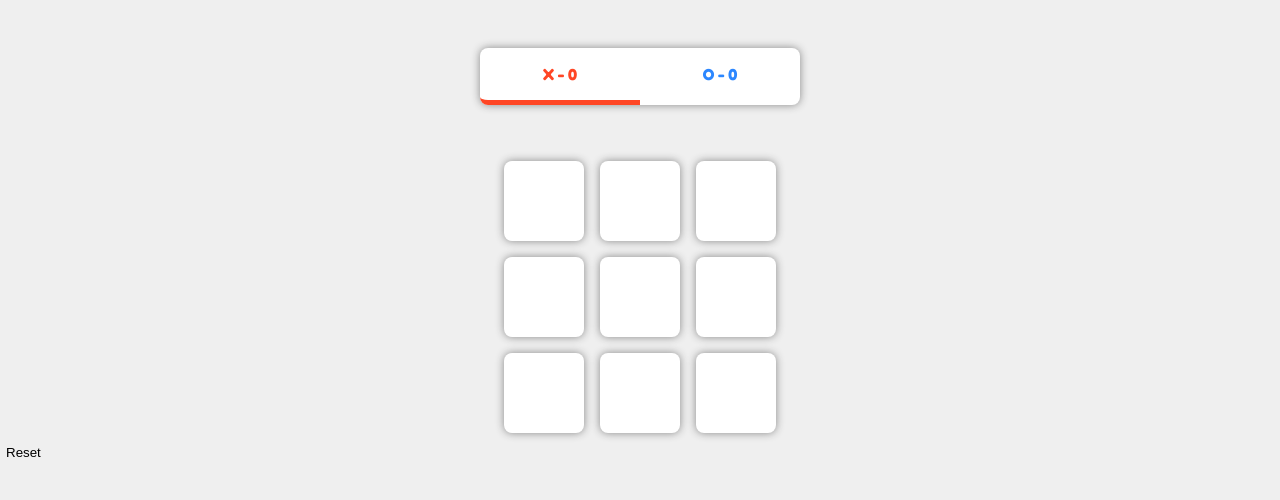
Repository: Seva2705/tic-tac-toe.github.io
Page: /
The author's editor kept a copy of each file at every save. The page is drawn from the files as they stood at one save, then again after a run of saves.
The browser window is 1280 px wide. The pictures show the whole page.
The project was rebuilt for these pictures with package versions that can differ from the ones it lists, and the page was loaded fresh each time.

Above is the page before, as saved 2023-04-04 18:10:05.

After the next 3 saves:
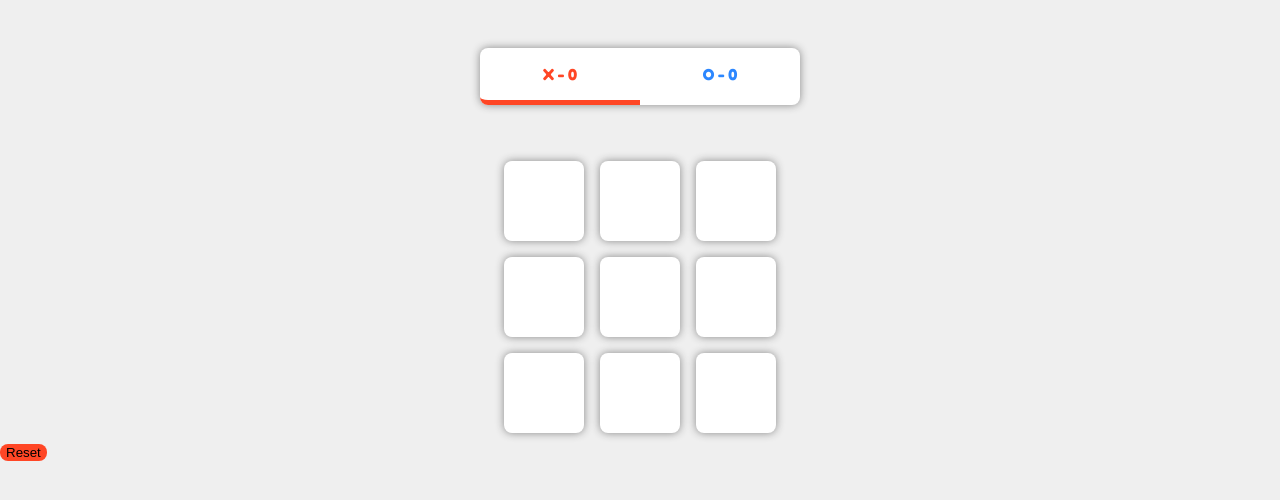
The 3 saves are shown as one change because they came seconds apart.
The last was saved 11 s later.
--- a/src/components/ResetButton.css
+++ b/src/components/ResetButton.css
@@ -1,4 +1,5 @@
 .reset-btn {
     border: none;
-    border-radius: ;
+    border-radius: 0.5rem;
+    background-color: rgb(255, 70, 37);
 }
